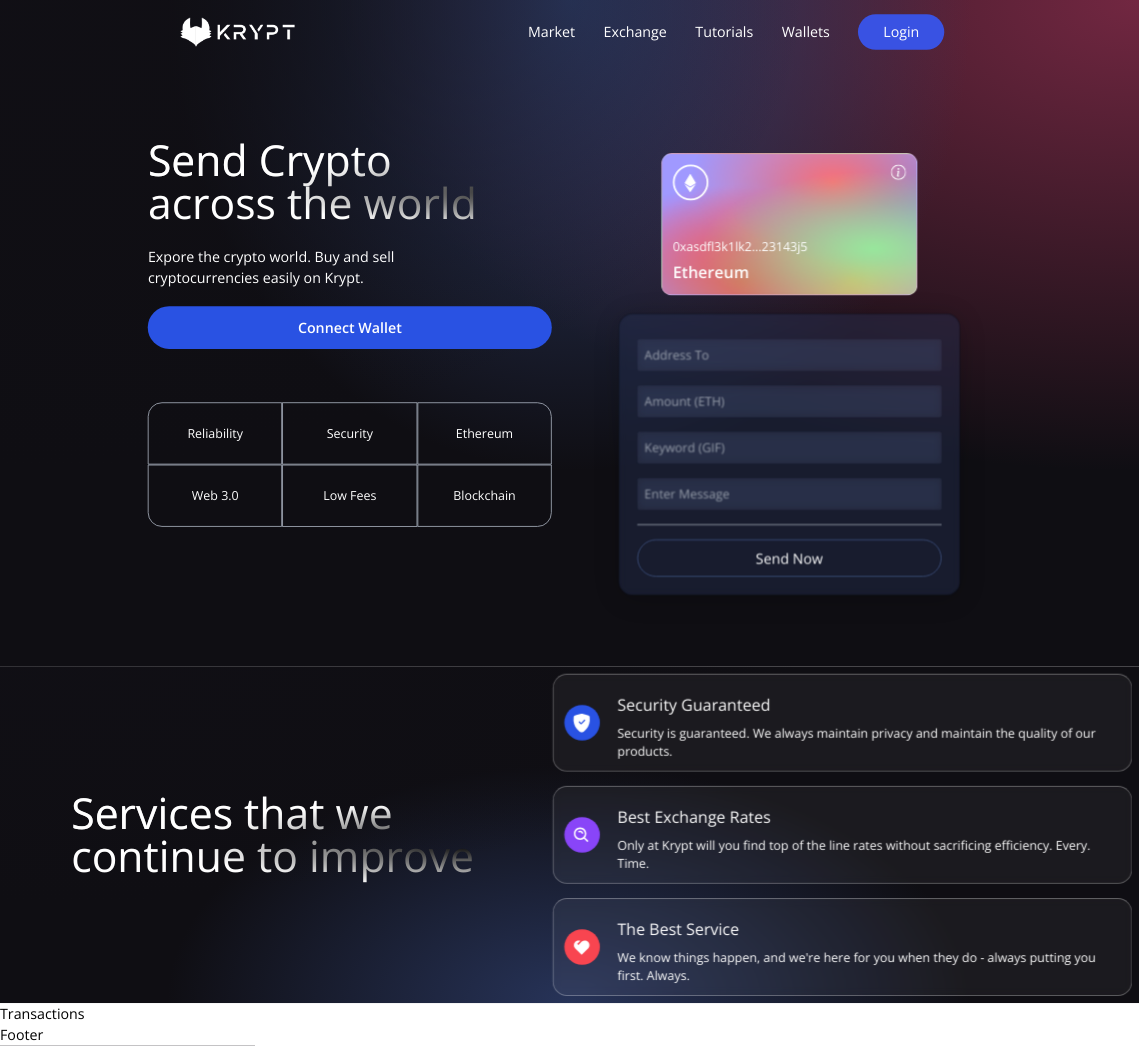
Repository: stephan-chiorean/krypt
Page: / (app in client/)
These files come from the project's save history. The page is drawn as it stood at one moment and after the next save; the edit follows.
The browser window is 1280 px wide. The pictures show the whole page, at 89% of full size.
The project was rebuilt for these pictures with package versions that can differ from the ones it lists, and the page was loaded fresh each time. Also part of the build but not shown: client/vite.config.js, client/src/components/Loader.jsx.

Above is the page before, as saved 2023-03-29 19:24:33.

After the next save:
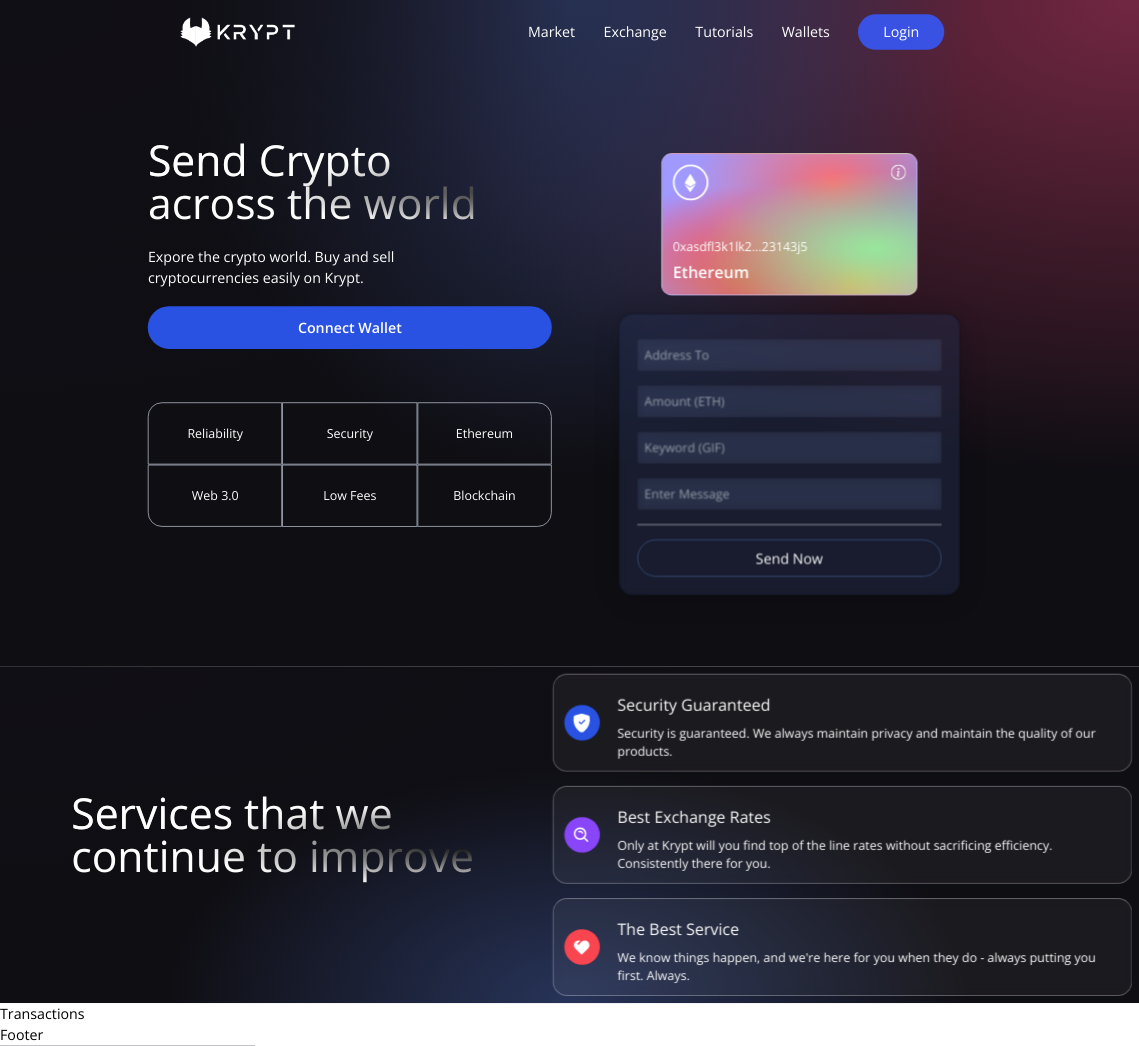
Saved 31 s later.
--- a/client/src/components/Services.jsx
+++ b/client/src/components/Services.jsx
@@ -37,7 +37,7 @@ export default () => {
           color='bg-[#8945f8]'
           title='Best Exchange Rates'
           icon={<BiSearchAlt fontSize={21} className='text-white' />}
-          subtitle="Only at Krypt will you find top of the line rates without sacrificing efficiency. Every. Time."
+          subtitle="Only at Krypt will you find top of the line rates without sacrificing efficiency. Consistently there for you."
         />
         <ServiceCard
           color='bg-[#f84550]'
